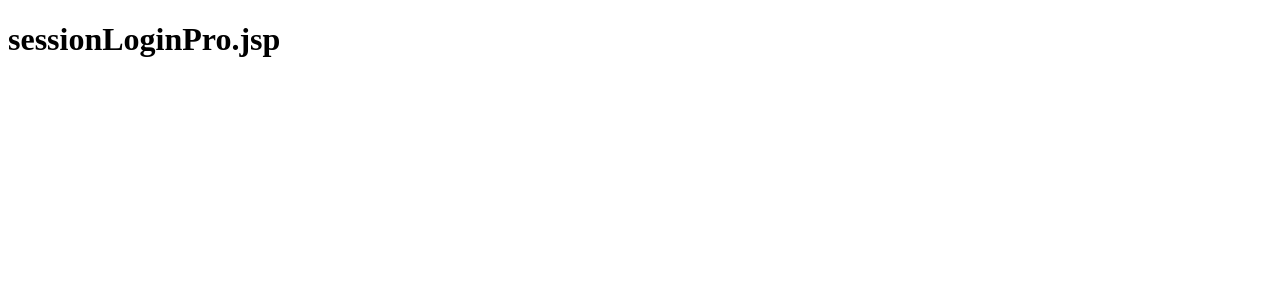
Repository: HeeYoung9/young9
Page: http://localhost/JSP7/jsp/sessionLoginPro.jsp
An editor plug-in stored every save of this project. The page is shown before and after the next save, followed by the edit.
The browser window is 1280 px wide. The pictures show the whole page.
The page is served by Tomcat 9.

Above is the page before, as saved 2023-08-24 05:28:31.

### JSP7/src/main/webapp/jsp/sessionLoginPro.jsp
<%@ page language="java" contentType="text/html; charset=UTF-8"
    pageEncoding="UTF-8"%>
<!DOCTYPE html>
<html>
<head>
<meta charset="UTF-8">
<title>sessionLoginPro</title>
</head>
<body>

<h1>sessionLoginPro.jsp</h1>

</body>
</html>

After the next save:
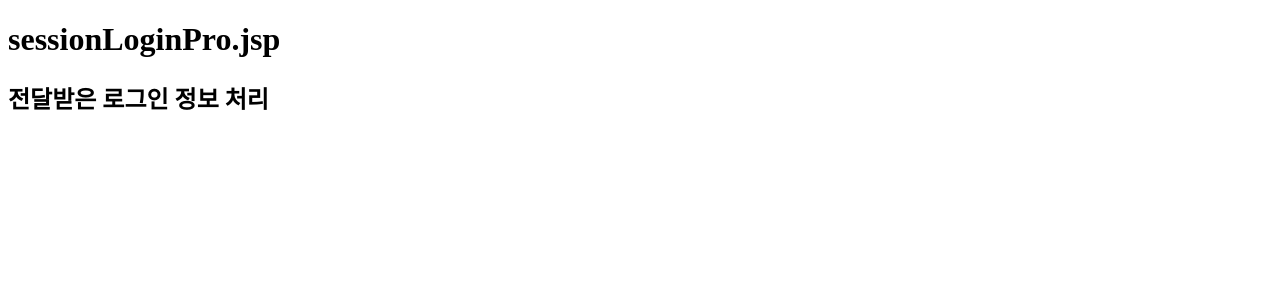
Saved 112 s later.
--- a/JSP7/src/main/webapp/jsp/sessionLoginPro.jsp
+++ b/JSP7/src/main/webapp/jsp/sessionLoginPro.jsp
@@ -9,6 +9,6 @@
 <body>
 
 <h1>sessionLoginPro.jsp</h1>
-
+<h2> 전달받은 로그인 정보 처리 </h2>
 </body>
 </html>
